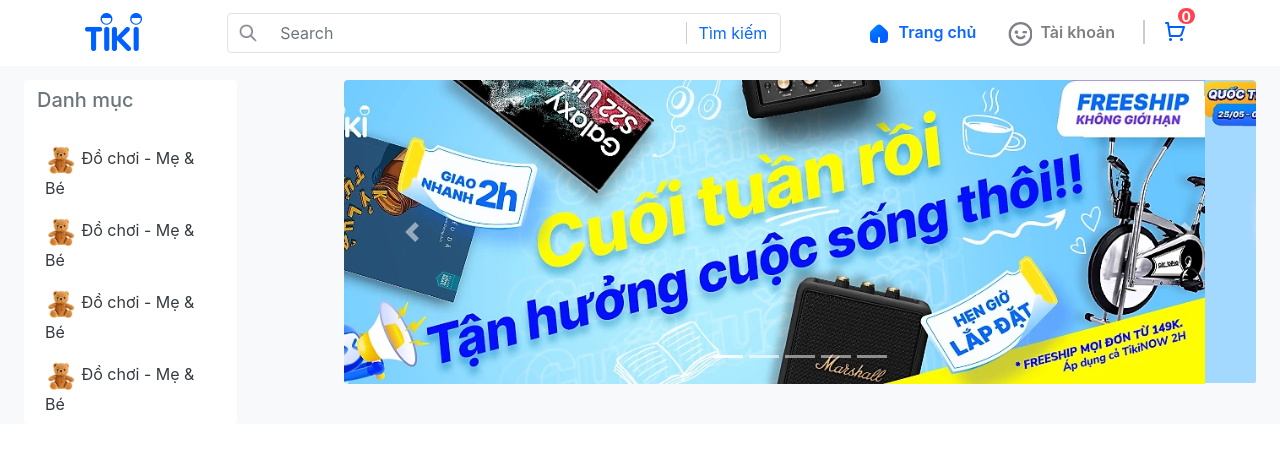
Repository: tam1512/website-ban-hang
Page: index.html
The author's editor kept a copy of each file at every save. The page is drawn from the files as they stood at one save, then again after the next save.
The browser window is 1280 px wide. The pictures show the whole page.
Some web libraries are served in a nearby version.

Above is the page before, as saved 2023-05-27 19:13:06.

After the next save:
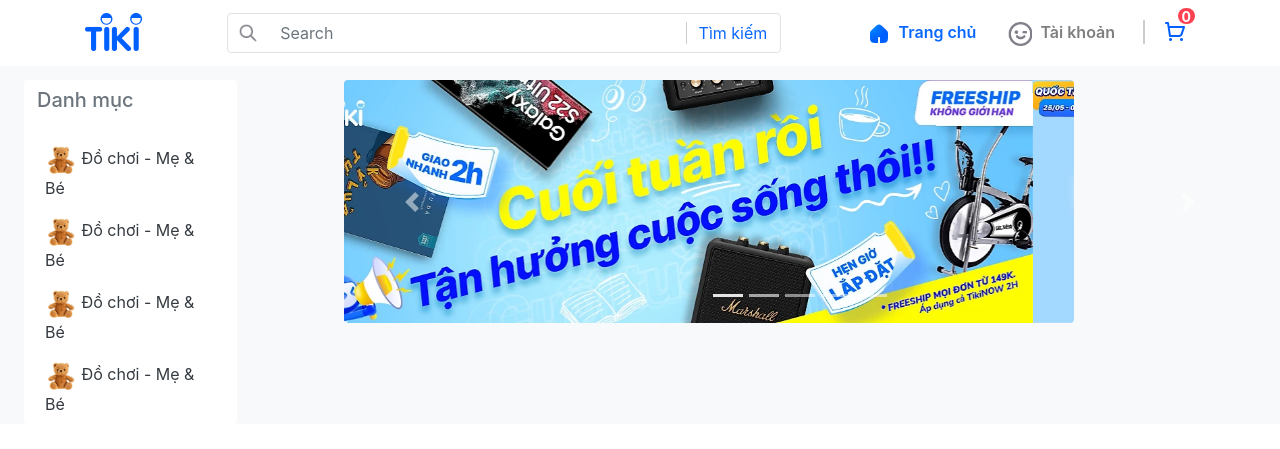
Saved 96 s later.
--- a/css/home.css
+++ b/css/home.css
@@ -164,3 +164,8 @@
   transition: all 0.4s ease-in-out;
   background-color: rgba(39, 39, 42, 0.24);
 }
+
+/* Slider */
+#carouselIndicators .carousel-inner {
+  width: 80%;
+}
